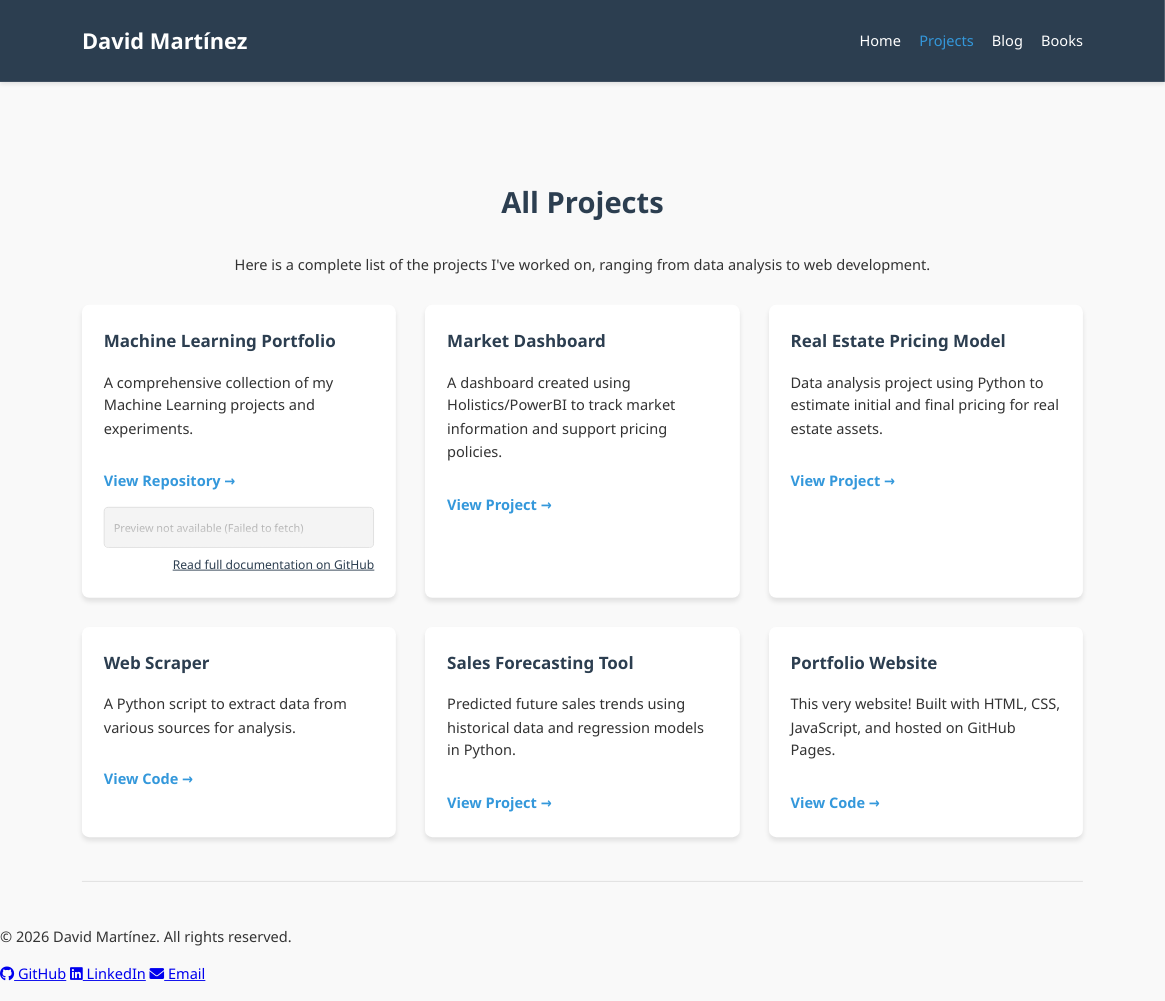
Repository: davidsmv/davidsmv.github.io
Page: projects.html
These files come from the project's save history. The page is drawn as it stood at one moment and after the next save; the edit follows.
The browser window is 1280 px wide. The pictures show the whole page, at 91% of full size.
The page's requests for data from a server got no answer.

Above is the page before, as saved 2026-01-19 17:22:06.

### projects.html
<!DOCTYPE html>
<html lang="en">
<head>
    <!-- Google Tag Manager -->
    <script>(function(w,d,s,l,i){w[l]=w[l]||[];w[l].push({'gtm.start':
    new Date().getTime(),event:'gtm.js'});var f=d.getElementsByTagName(s)[0],
    j=d.createElement(s),dl=l!='dataLayer'?'&l='+l:'';j.async=true;j.src=
    'https://www.googletagmanager.com/gtm.js?id='+i+dl;f.parentNode.insertBefore(j,f);
    })(window,document,'script','dataLayer','GTM-K4HP3RM');</script>
    <!-- End Google Tag Manager -->

    <meta charset="UTF-8">
    <meta name="viewport" content="width=device-width, initial-scale=1.0">
    <meta http-equiv="X-UA-Compatible" content="ie=edge">
    <title>Projects - David Martínez</title>

    <!-- Link to your new styles -->
    <link rel="stylesheet" href="styles.css">
    <link rel="stylesheet" href="https://cdnjs.cloudflare.com/ajax/libs/font-awesome/6.0.0/css/all.min.css">
    <!-- Marked Library for Markdown rendering -->
    <script src="https://cdn.jsdelivr.net/npm/marked/marked.min.js"></script>
</head>
<body>
    <!-- Google Tag Manager (noscript) -->
    <noscript><iframe src="https://www.googletagmanager.com/ns.html?id=GTM-K4HP3RM"
    height="0" width="0" style="display:none;visibility:hidden"></iframe></noscript>
    <!-- End Google Tag Manager (noscript) -->

    <header>
        <nav>
            <div class="logo"><a href="index.html" style="color: white; text-decoration: none;">David Martínez</a></div>
            <ul class="nav-links">
                <li><a href="index.html">Home</a></li>
                <li><a href="projects.html" style="color: var(--accent-color);">Projects</a></li>
                <li><a href="blog.html">Blog</a></li>
                <li><a href="books.html">Books</a></li>
            </ul>
        </nav>
    </header>

    <div class="container">
        <section>
            <h2>All Projects</h2>
            <p style="text-align: center; margin-bottom: 30px;">
                Here is a complete list of the projects I've worked on, ranging from data analysis to web development.
            </p>

            <div class="projects-grid" id="all-projects">
                <!-- Content will be loaded from scripts.js -->
            </div>
        </section>
    </div>

    <footer>
        <p>&copy; 2026 David Martínez. All rights reserved.</p>
        <p>
            <a href="https://github.com/davidsmv" target="_blank"><i class="fab fa-github"></i> GitHub</a>
            <a href="https://www.linkedin.com/in/davidsmv" target="_blank"><i class="fab fa-linkedin"></i> LinkedIn</a>
            <a href="mailto:david-martinezv@hotmail.com"><i class="fas fa-envelope"></i> Email</a>
        </p>
    </footer>

    <!-- Load scripts -->
    <script src="data/projects.js"></script>
    <script src="js/scripts.js"></script>
    <script>
        renderProjects('all-projects');
    </script>
</body>
</html>

### styles.css
/* Root variables for easy customization */
:root {
  --primary-color: #2c3e50; /* Dark Blue */
  --accent-color: #3498db;  /* Light Blue */
  --bg-color: #f9f9f9;      /* Light Gray Background */
  --text-color: #333;       /* Dark Text */
  --card-bg: #fff;          /* White Card Background */
  --font-main: 'Segoe UI', Tahoma, Geneva, Verdana, sans-serif;
}

body {
  font-family: var(--font-main);
  background-color: var(--bg-color);
  color: var(--text-color);
  margin: 0;
  padding: 0;
  line-height: 1.6;
}

/* Header & Navigation */
header {
  background-color: var(--primary-color);
  color: #fff;
  padding: 1rem 0;
  position: sticky;
  top: 0;
  z-index: 1000;
  box-shadow: 0 2px 5px rgba(0,0,0,0.1);
}

nav {
  display: flex;
  justify-content: space-between;
  align-items: center;
  max-width: 1100px;
  margin: 0 auto;
  padding: 0 20px;
}

.logo {
  font-size: 1.5rem;
  font-weight: bold;
}

.nav-links {
  list-style: none;
  display: flex;
}

.nav-links li {
  margin-left: 20px;
}

.nav-links a {
  color: #fff;
  text-decoration: none;
  font-weight: 500;
  transition: color 0.3s;
}

.nav-links a:hover {
  color: var(--accent-color);
}

/* Sections */
.container {
  max-width: 1100px;
  margin: 0 auto;
  padding: 2rem 20px;
}

section {
  padding: 3rem 0;
  border-bottom: 1px solid #ddd;
}

section h2 {
  text-align: center;
  margin-bottom: 2rem;
  color: var(--primary-color);
  font-size: 2rem;
}

/* About Section */
.about-content {
  display: flex;
  flex-wrap: wrap;
  align-items: center;
  gap: 2rem;
}

.about-text {
  flex: 1;
  min-width: 300px;
}

.about-image {
  flex: 1;
  text-align: center;
  min-width: 300px;
}

.profile-pic {
  width: 200px;
  height: 200px;
  border-radius: 50%;
  object-fit: cover;
  border: 4px solid var(--accent-color);
}

/* Projects Grid */
.projects-grid {
  display: grid;
  grid-template-columns: repeat(auto-fit, minmax(300px, 1fr));
  gap: 2rem;
}

.project-card {
  background: var(--card-bg);
  padding: 1.5rem;
  border-radius: 8px;
  box-shadow: 0 4px 6px rgba(0,0,0,0.1);
  transition: transform 0.3s ease;
}

.project-card:hover {
  transform: translateY(-5px);
}

.project-card h3 {
  margin-top: 0;
  color: var(--primary-color);
}

.project-link {
  display: inline-block;
  margin-top: 1rem;
  color: var(--accent-color);
  text-decoration: none;
  font-weight: bold;
}

/* Blog & Books (General Card Style) */
.card-list {
  display: flex;
  flex-direction: column;
  gap: 1.5rem;
}

.list-item {
  background: var(--card-bg);
  padding: 1.5rem;
  border-radius: 8px;
  box-shadow: 0 2px 4px rgba(0,0,0,0.05);
  display: flex;
  justify-content: space-between;
  align-items: center;
}

.list-item a {
  color: var(--accent-color);
  text-decoration: none;
  font-weight: bold;
}

/* Modal specific styles */
.modal {
  display: none;
  position: fixed;
  z-index: 2000;
  padding-top: 100px;
  left: 0;
  top: 0;
  width: 100%;
  height: 100%;
  overflow: auto;
  background-color: rgb(0,0,0);
  background-color: rgba(0,0,0,0.4);
}

.modal-content {
  background-color: #fefefe;
  margin: auto;
  padding: 20px;
  border: 1px solid #888;
  width: 80%;
  max-width: 800px;
  border-radius: 8px;
  position: relative;
  max-height: 80vh;
  overflow-y: auto;
}

.close-modal {
  color: #aaaaaa;
  float: right;
  font-size: 28px;
  font-weight: bold;
  cursor: pointer;
}

.close-modal:hover,
.close-modal:focus {
  color: #000;
  text-decoration: none;
  cursor: pointer;
}

/* Markdown Content Styling within Modal */
.markdown-body {
  font-family: var(--font-main);
  line-height: 1.6;
}
.markdown-body h1, .markdown-body h2, .markdown-body h3 {
  color: var(--primary-color);
  margin-top: 1.5em;
}
.markdown-body code {
  background-color: #f0f0f0;
  padding: 2px 4px;
  border-radius: 4px;
}
.markdown-body pre {
  background-color: #f0f0f0;
  padding: 10px;
  border-radius: 4px;
  overflow-x: auto;
}
.markdown-body img {
  max-width: 100%;
  height: auto;
}

/* Project Preview in Card */
.project-readme-preview {
  margin-top: 15px;
  padding: 10px;
  background-color: #f4f4f4;
  border-radius: 5px;
  border: 1px solid #ddd;
  font-size: 0.9rem;

  /* Restrict height to show only the "first part" */
  max-height: 200px;
  overflow: hidden;
  position: relative;
}

.project-readme-preview::after {
  /* Fade out effect at the bottom */
  content: "";
  position: absolute;
  bottom: 0;
  left: 0;
  width: 100%;
  height: 50px;
  background: linear-gradient(to bottom, rgba(244,244,244,0), rgba(244,244,244,1));
}

.project-readme-preview img {
  max-width: 100%;
  height: auto;
}

/* Responsive */
@media (max-width: 768px) {
  nav {
    flex-direction: column;
  }

  .nav-links {
    margin-top: 1rem;
  }

  .nav-links li {
    margin: 0 10px;
  }

  .about-content {
    flex-direction: column-reverse;
    text-align: center;
  }
}

### data/projects.js
const projectsData = [
    {
        title: "Machine Learning Portfolio",
        description: "A comprehensive collection of my Machine Learning projects and experiments.",
        link: "https://github.com/davidsmv/MachineLearningPortfolio",
        linkText: "View Repository",
        readmeUrl: "https://raw.githubusercontent.com/davidsmv/MachineLearningPortfolio/main/README.md"
    },
    {
        title: "Market Dashboard",
        description: "A dashboard created using Holistics/PowerBI to track market information and support pricing policies.",
        link: "#",
        linkText: "View Project"
    },
    {
        title: "Real Estate Pricing Model",
        description: "Data analysis project using Python to estimate initial and final pricing for real estate assets.",
        link: "#",
        linkText: "View Project"
    },
    {
        title: "Web Scraper",
        description: "A Python script to extract data from various sources for analysis.",
        link: "#",
        linkText: "View Code"
    },
    {
        title: "Sales Forecasting Tool",
        description: "Predicted future sales trends using historical data and regression models in Python.",
        link: "#",
        linkText: "View Project"
    },
    {
        title: "Portfolio Website",
        description: "This very website! Built with HTML, CSS, JavaScript, and hosted on GitHub Pages.",
        link: "#",
        linkText: "View Code"
    }
];

### js/scripts.js
// ============================================
// LOGIC SECTION - DO NOT EDIT UNLESS NECESSARY
// ============================================

// Helper function to fetch and render README
async function loadReadme(url, elementId) {
    const element = document.getElementById(elementId);
    if (!element) return;

    try {
        const response = await fetch(url);
        if (!response.ok) throw new Error("Failed to load");
        const text = await response.text();

        // Use marked to parse, or fallback to text
        if (typeof marked !== 'undefined') {
            element.innerHTML = marked.parse(text);
        } else {
            element.innerText = text;
        }
    } catch (error) {
        element.innerHTML = `<small style="color: #666;">Preview not available (${error.message})</small>`;
    }
}

function renderProjects(containerId, limit = null) {
    const container = document.getElementById(containerId);
    if (!container) return;

    // Use projectsData from data/projects.js
    const dataToRender = limit ? projectsData.slice(0, limit) : projectsData;

    container.innerHTML = dataToRender.map((project, index) => {
        // Create unique ID for the readme container
        const readmeId = `readme-${containerId}-${index}`;

        let readmeSection = '';
        if (project.readmeUrl) {
            readmeSection = `
                <div id="${readmeId}" class="project-readme-preview">
                    Loading preview...
                </div>
                <div style="text-align: right; margin-top: 5px;">
                    <small><a href="${project.link}" target="_blank" style="color: var(--primary-color);">Read full documentation on GitHub</a></small>
                </div>
            `;

            // Trigger fetch after a slight delay to allow DOM update
            setTimeout(() => loadReadme(project.readmeUrl, readmeId), 0);
        }

        return `
        <div class="project-card">
            <h3>${project.title}</h3>
            <p>${project.description}</p>
            <a href="${project.link}" class="project-link">${project.linkText} &rarr;</a>
            ${readmeSection}
        </div>
    `}).join('');
}

function renderBlogs(containerId, limit = null) {
    const container = document.getElementById(containerId);
    if (!container) return;

    // Use blogData from data/blogs.js
    const dataToRender = limit ? blogData.slice(0, limit) : blogData;

    container.innerHTML = dataToRender.map(post => `
        <div class="list-item">
            <div>
                <h3>${post.title}</h3>
                <p>${post.description}</p>
                <small>Published on ${post.date}</small>
            </div>
            <a href="${post.link}" target="_blank">${post.linkText} <i class="fas fa-external-link-alt"></i></a>
        </div>
    `).join('');
}

function renderBooks(containerId, limit = null) {
    const container = document.getElementById(containerId);
    if (!container) return;

    // Use bookData from data/books.js
    const dataToRender = limit ? bookData.slice(0, limit) : bookData;

    container.innerHTML = dataToRender.map(book => {
        if (book.goodreadsHtml) {
            return `
                <div class="list-item" style="display: block; overflow: auto;">
                    ${book.goodreadsHtml}
                </div>
            `;
        }
        return `
            <div class="list-item">
                <div>
                    <h3>${book.title}</h3>
                    <p><strong>Author:</strong> ${book.author}</p>
                    <p><em>"${book.review}"</em></p>
                    ${book.rating ? `<p><strong>Rating:</strong> ${book.rating}</p>` : ''}
                </div>
                <a href="${book.link}" target="_blank">${book.linkText} <i class="fas fa-book-open"></i></a>
            </div>
        `;
    }).join('');
}

After the next save:
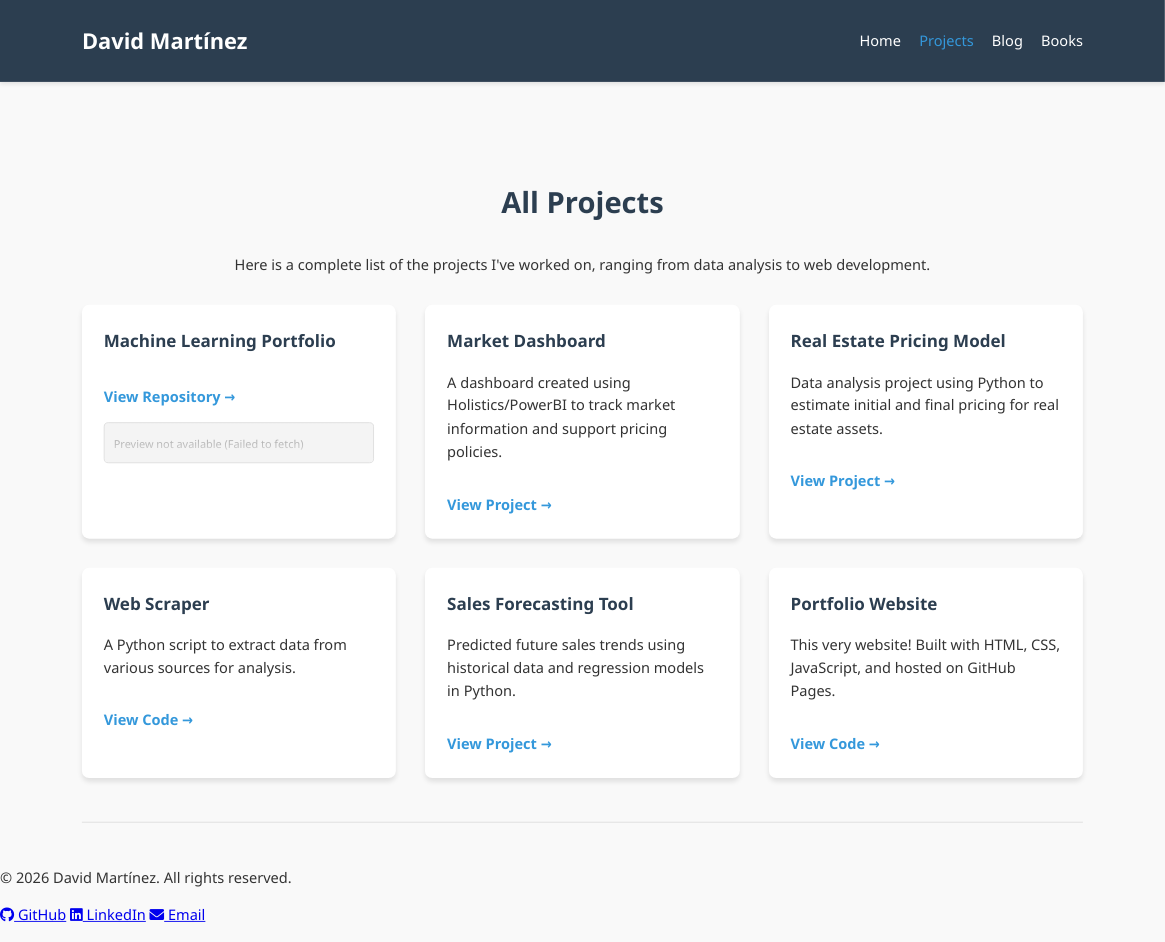
Saved 2 min 4 s later.
--- a/js/scripts.js
+++ b/js/scripts.js
@@ -34,27 +34,33 @@ function renderProjects(containerId, limit = null) {
         // Create unique ID for the readme container
         const readmeId = `readme-${containerId}-${index}`;
 
-        let readmeSection = '';
+        let contentSection = '';
+
         if (project.readmeUrl) {
-            readmeSection = `
+            // IF we have a README, we use it as the description
+            contentSection = `
+                <div style="margin-bottom: 15px;">
+                     <a href="${project.link}" class="project-link">${project.linkText} &rarr;</a>
+                </div>
                 <div id="${readmeId}" class="project-readme-preview">
-                    Loading preview...
+                    Loading description...
                 </div>
-                <div style="text-align: right; margin-top: 5px;">
-                    <small><a href="${project.link}" target="_blank" style="color: var(--primary-color);">Read full documentation on GitHub</a></small>
-                </div>
+                <!-- Optional: Read More link if it's truncated? The preview has a fade out, so a link to the repo is good -->
             `;
-
-            // Trigger fetch after a slight delay to allow DOM update
+            // Trigger fetch
             setTimeout(() => loadReadme(project.readmeUrl, readmeId), 0);
+        } else {
+            // Fallback to manual description
+            contentSection = `
+                <p>${project.description}</p>
+                <a href="${project.link}" class="project-link">${project.linkText} &rarr;</a>
+            `;
         }
 
         return `
         <div class="project-card">
             <h3>${project.title}</h3>
-            <p>${project.description}</p>
-            <a href="${project.link}" class="project-link">${project.linkText} &rarr;</a>
-            ${readmeSection}
+            ${contentSection}
         </div>
     `}).join('');
 }
